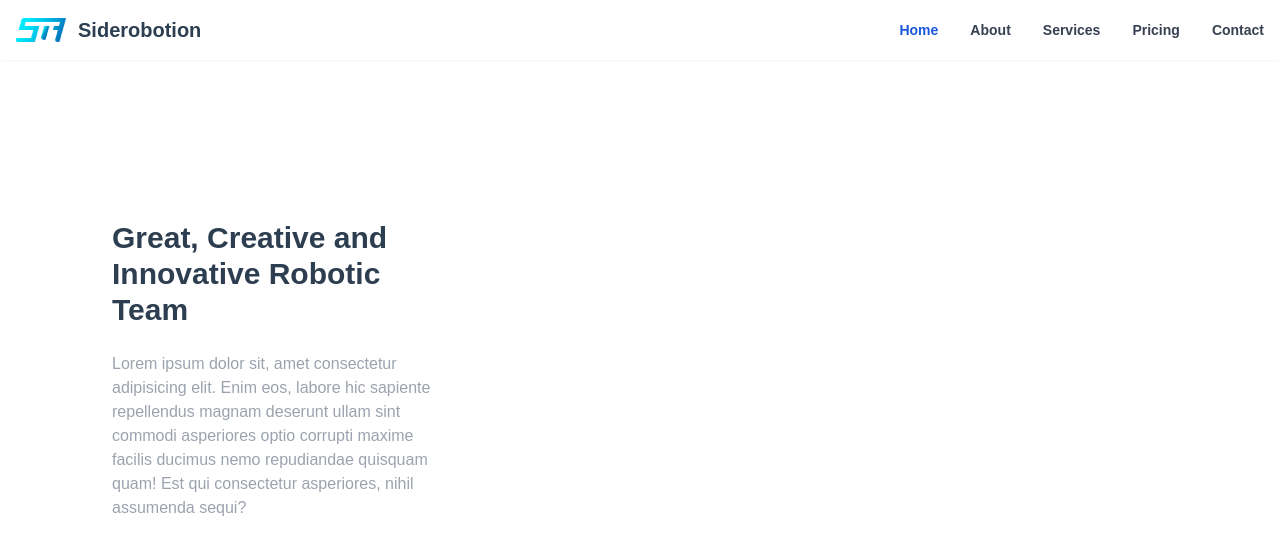
Repository: khulqu15/siderobotion
Page: /
The author's editor kept a copy of each file at every save. The page is drawn from the files as they stood at one save, then again after the next save.
The browser window is 1280 px wide. The pictures show the whole page.
The project was rebuilt for these pictures with package versions that can differ from the ones it lists, and the page was loaded fresh each time. Also part of the build but not shown: vue.config.js.

Above is the page before, as saved 2022-06-12 02:12:00.

### src/main.js
import { createApp } from 'vue'
import App from './App.vue'
import './registerServiceWorker'
import router from './router'
import store from './store'
import 'flowbite'
import './index.css'

createApp(App)
  .use(store)
  .use(router)
  .mount('#app')

### src/index.css
@tailwind base;
@tailwind components;
@tailwind utilities;
@import url('https://fonts.googleapis.com/css2?family=Poppins:ital,wght@0,100;0,200;0,300;0,400;0,500;0,600;0,700;0,800;0,900;1,100;1,200;1,300;1,400;1,500;1,600;1,700;1,800;1,900&display=swap');

* {
  font-family: 'Poppins', sans-serif !important;
}

### src/views/HomeView.vue
<template>

  <web-layout>
    <div class="px-28 py-12 grid grid-cols-3 gap-4">
      <div class="py-28 text-start">
        <h1 class="text-3xl font-semibold">Great, Creative and Innovative Robotic Team </h1>
        <p class="text-gray-400 mt-6">Lorem ipsum dolor sit, amet consectetur adipisicing elit. Enim eos, labore hic sapiente repellendus magnam deserunt ullam sint commodi asperiores optio corrupti maxime facilis ducimus nemo repudiandae quisquam quam! Est qui consectetur asperiores, nihil assumenda sequi?</p>
      </div>
    </div>
  </web-layout>

</template>

<script>
import WebLayout from '@/layouts/WebLayout.vue'
export default {
  name: 'HomeView',
  components: {
    WebLayout
  }
}
</script>

### src/layouts/WebLayout.vue
<template>
  <div id="app-web">
    <div id="nav">
      <navigation-header/>
    </div>
    <div id="body-content">
      <slot id="content"></slot>
    </div>
  </div>
</template>

<script>
import NavigationHeader from '@/components/NavigationHeader.vue'
export default {
  components: {
    NavigationHeader
  }
}
</script>

### src/components/NavigationHeader.vue
<template>
  <div>
    <nav class="bg-white border-gray-200 px-2 sm:px-4 py-4 shadow-sm rounded dark:bg-gray-800">
      <div class="container flex flex-wrap justify-between items-center mx-auto">
        <a href="/" class="flex items-center">
          <img :src="require('@/assets/logo.webp')" class="mr-3 h-4 sm:h-6" alt="Siderobotion Logo">
          <span class="self-center text-xl font-semibold whitespace-nowrap dark:text-white">Siderobotion</span>
        </a>
        <button data-collapse-toggle="mobile-menu" type="button" class="inline-flex items-center p-2 ml-3 text-sm text-gray-500 rounded-lg md:hidden hover:bg-gray-100 focus:outline-none focus:ring-2 focus:ring-gray-200 dark:text-gray-400 dark:hover:bg-gray-700 dark:focus:ring-gray-600" aria-controls="mobile-menu" aria-expanded="false">
          <span class="sr-only">Open main menu</span>
          <svg class="w-6 h-6" fill="currentColor" viewBox="0 0 20 20" xmlns="http://www.w3.org/2000/svg"><path fill-rule="evenodd" d="M3 5a1 1 0 011-1h12a1 1 0 110 2H4a1 1 0 01-1-1zM3 10a1 1 0 011-1h12a1 1 0 110 2H4a1 1 0 01-1-1zM3 15a1 1 0 011-1h12a1 1 0 110 2H4a1 1 0 01-1-1z" clip-rule="evenodd"></path></svg>
          <svg class="hidden w-6 h-6" fill="currentColor" viewBox="0 0 20 20" xmlns="http://www.w3.org/2000/svg"><path fill-rule="evenodd" d="M4.293 4.293a1 1 0 011.414 0L10 8.586l4.293-4.293a1 1 0 111.414 1.414L11.414 10l4.293 4.293a1 1 0 01-1.414 1.414L10 11.414l-4.293 4.293a1 1 0 01-1.414-1.414L8.586 10 4.293 5.707a1 1 0 010-1.414z" clip-rule="evenodd"></path></svg>
        </button>
        <div class="hidden w-full md:block md:w-auto" id="mobile-menu">
          <ul class="flex flex-col mt-4 md:flex-row md:space-x-8 md:mt-0 md:text-sm md:font-medium">
            <li>
              <a href="#" class="block py-2 pr-4 pl-3 text-white bg-blue-700 rounded md:bg-transparent md:text-blue-700 md:p-0 dark:text-white" aria-current="page">Home</a>
            </li>
            <li>
              <a href="#" class="block py-2 pr-4 pl-3 text-gray-700 border-b border-gray-100 hover:bg-gray-50 md:hover:bg-transparent md:border-0 md:hover:text-blue-700 md:p-0 dark:text-gray-400 md:dark:hover:text-white dark:hover:bg-gray-700 dark:hover:text-white md:dark:hover:bg-transparent dark:border-gray-700">About</a>
            </li>
            <li>
              <a href="#" class="block py-2 pr-4 pl-3 text-gray-700 border-b border-gray-100 hover:bg-gray-50 md:hover:bg-transparent md:border-0 md:hover:text-blue-700 md:p-0 dark:text-gray-400 md:dark:hover:text-white dark:hover:bg-gray-700 dark:hover:text-white md:dark:hover:bg-transparent dark:border-gray-700">Services</a>
            </li>
            <li>
              <a href="#" class="block py-2 pr-4 pl-3 text-gray-700 border-b border-gray-100 hover:bg-gray-50 md:hover:bg-transparent md:border-0 md:hover:text-blue-700 md:p-0 dark:text-gray-400 md:dark:hover:text-white dark:hover:bg-gray-700 dark:hover:text-white md:dark:hover:bg-transparent dark:border-gray-700">Pricing</a>
            </li>
            <li>
              <a href="#" class="block py-2 pr-4 pl-3 text-gray-700 hover:bg-gray-50 md:hover:bg-transparent md:border-0 md:hover:text-blue-700 md:p-0 dark:text-gray-400 md:dark:hover:text-white dark:hover:bg-gray-700 dark:hover:text-white md:dark:hover:bg-transparent">Contact</a>
            </li>
          </ul>
        </div>
      </div>
    </nav>

  </div>
</template>

### tailwind.config.js
module.exports = {

  content: [
    "./index.html",
    "./src/**/*.{vue,js,ts,jsx,tsx}",
    "./node_modules/flowbite/**/*.js",
  ],
  theme: {
    extend: {},
  },
  plugins: [
    require('flowbite/plugin')
  ]

}

Loaded but not shown: public/index.html (common file); src/App.vue (common file); src/registerServiceWorker.js (common file); src/router/index.js (common file); src/store/index.js (common file)

After the next save:
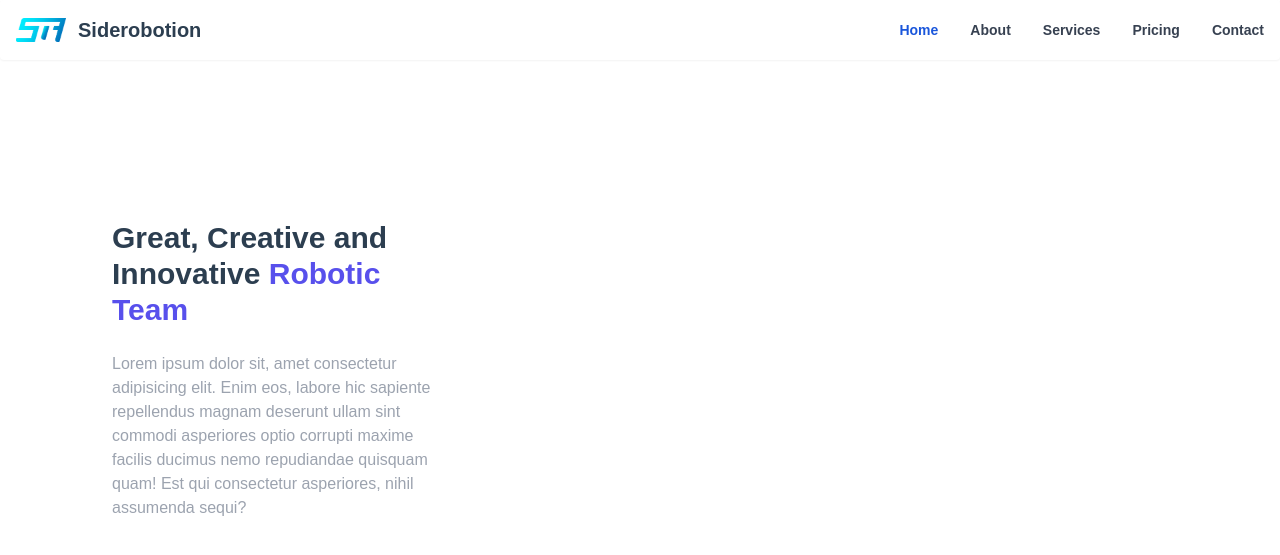
Saved 16 s later.
--- a/src/views/HomeView.vue
+++ b/src/views/HomeView.vue
@@ -3,7 +3,7 @@
   <web-layout>
     <div class="px-28 py-12 grid grid-cols-3 gap-4">
       <div class="py-28 text-start">
-        <h1 class="text-3xl font-semibold">Great, Creative and Innovative Robotic Team </h1>
+        <h1 class="text-3xl font-semibold">Great, Creative and Innovative <span class="text-indigo-600">Robotic Team</span> </h1>
         <p class="text-gray-400 mt-6">Lorem ipsum dolor sit, amet consectetur adipisicing elit. Enim eos, labore hic sapiente repellendus magnam deserunt ullam sint commodi asperiores optio corrupti maxime facilis ducimus nemo repudiandae quisquam quam! Est qui consectetur asperiores, nihil assumenda sequi?</p>
       </div>
     </div>
